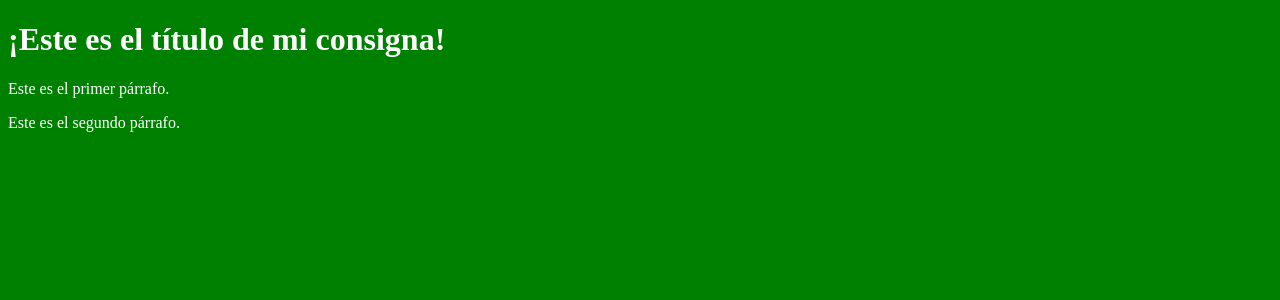
Repository: ScoggoDev/DesarrolloWeb
Page: web dev/index.html
An editor plug-in stored every save of this project. The page is shown before and after the next save, followed by the edit.
The browser window is 1280 px wide. The pictures show the whole page.

Above is the page before, as saved 2021-06-26 00:18:03.

### web dev/index.html
<!DOCTYPE html>
<head>
    <link type= "text/css" rel="stylesheet" href="styles.css">
    <script src="mi_script.js" type="text/javascript"></script>
</head>

<html>
    <body>
        <h1>¡Este es el título de mi consigna!</h1>
        <p>Este es el primer párrafo.</p>
        <p>Este es el segundo párrafo.</p>
    </body>
</html>

### web dev/styles.css
body {
    background-color: green;
}

h1 {
    color: white;
}

p {
    color: white;
}

### web dev/mi_script.js
function saludar() {
    alert("Hola, ¿cómo estás?");
    alert("Me alegra que hayas ingresado a mi consigna.");
}

saludar();

After the next save:
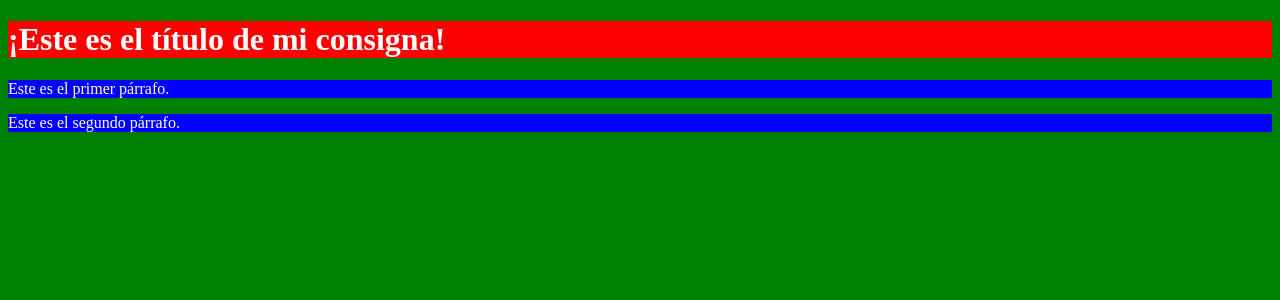
Saved 63 s later.
--- a/web dev/styles.css
+++ b/web dev/styles.css
@@ -3,9 +3,11 @@ body {
 }
 
 h1 {
+    background-color: red;
     color: white;
 }
 
 p {
+    background-color: blue;
     color: white;
 }
